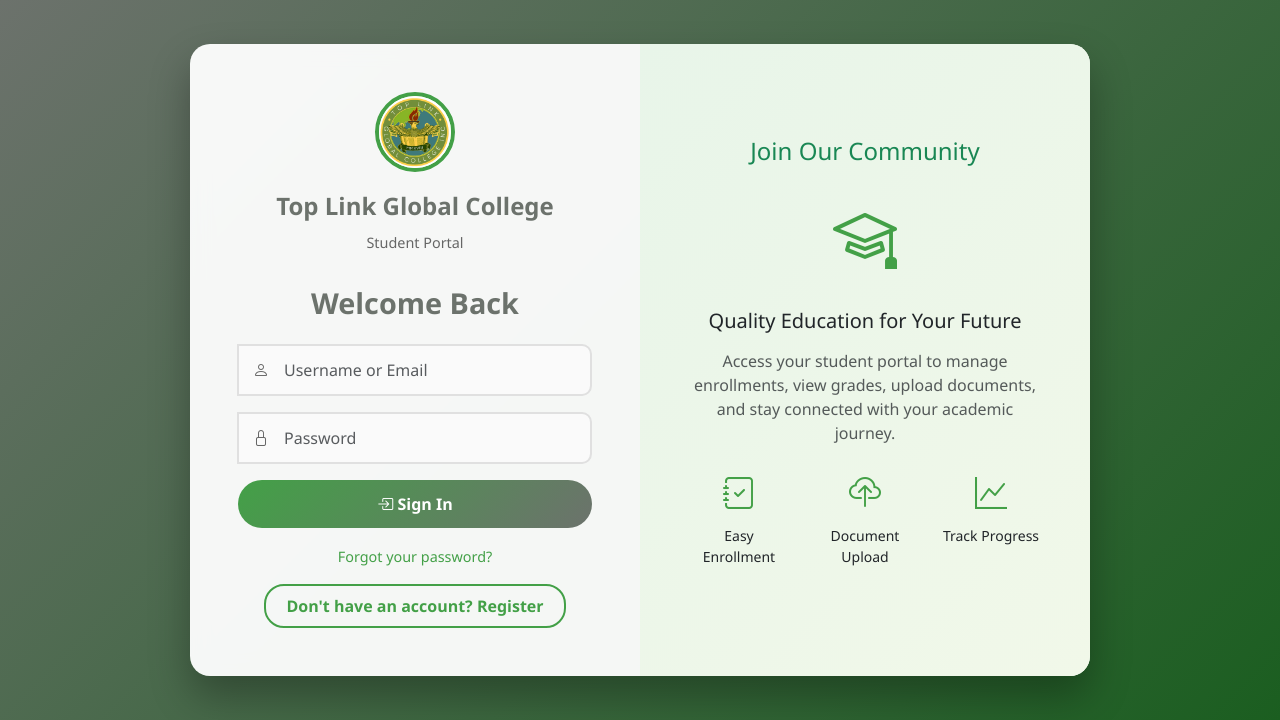
Repository: partymaker01/IT2C_Enrollment_System_SourceCode
Page: http://localhost/IT2C_Enrollment_System_SourceCode/logregfor/login.php
These files come from the project's save history. The page is drawn as it stood at one moment and after the next save; the edit follows.
The browser window is 1280 px wide. The pictures show the whole page.
The page is run by PHP 8.4 with error messages shown; the project is at /var/www/html/.

Above is the page before, as saved 2025-06-08 22:55:37.

### logregfor/login.php
<?php
session_start();

// Redirect if already logged in
if (isset($_SESSION['student_id'])) {
    header("Location: ../student/student-dashboard.php");
    exit;
}

require_once '../db.php';

$message = '';
$messageType = '';

// Handle Registration
if ($_SERVER['REQUEST_METHOD'] === 'POST' && ($_POST['form_action'] ?? '') === 'register') {
    $username = trim($_POST['username'] ?? '');
    $firstName = trim($_POST['first_name'] ?? '');
    $middleName = trim($_POST['middle_name'] ?? '');
    $lastName = trim($_POST['last_name'] ?? '');
    $email = trim($_POST['email'] ?? '');
    $password = $_POST['password'] ?? '';
    $confirmPassword = $_POST['confirm_password'] ?? '';

    $errors = [];

    // Validation
    if (empty($username)) $errors[] = "Username is required.";
    if (empty($firstName)) $errors[] = "First name is required.";
    if (empty($lastName)) $errors[] = "Last name is required.";
    if (empty($email) || !filter_var($email, FILTER_VALIDATE_EMAIL)) $errors[] = "Valid email is required.";
    if (empty($password)) $errors[] = "Password is required.";
    if (strlen($password) < 6) $errors[] = "Password must be at least 6 characters long.";
    if ($password !== $confirmPassword) $errors[] = "Passwords do not match.";

    // Check if username or email already exists
    if (empty($errors)) {
        $stmt = $pdo->prepare("SELECT student_id FROM students WHERE username = ? OR email = ?");
        $stmt->execute([$username, $email]);
        if ($stmt->fetch()) {
            $errors[] = "Username or email already exists.";
        }
    }

    if (empty($errors)) {
        try {
            $hashedPassword = password_hash($password, PASSWORD_DEFAULT);
            $stmt = $pdo->prepare("INSERT INTO students (username, first_name, middle_name, last_name, email, password) VALUES (?, ?, ?, ?, ?, ?)");
            $stmt->execute([$username, $firstName, $middleName, $lastName, $email, $hashedPassword]);

            $message = "Registration successful! You can now log in.";
            $messageType = "success";
        } catch (PDOException $e) {
            $errors[] = "Registration failed. Please try again.";
        }
    }

    if (!empty($errors)) {
        $message = implode('<br>', $errors);
        $messageType = "danger";
    }
}

// Handle Login
if ($_SERVER['REQUEST_METHOD'] === 'POST' && ($_POST['form_action'] ?? '') === 'login') {
    $username = trim($_POST['username'] ?? '');
    $password = $_POST['password'] ?? '';

    if (empty($username) || empty($password)) {
        $message = "Please enter both username and password.";
        $messageType = "warning";
    } else {
        try {
            $stmt = $pdo->prepare("SELECT student_id, password, first_name FROM students WHERE username = ? OR email = ?");
            $stmt->execute([$username, $username]);
            $user = $stmt->fetch();

            if ($user && password_verify($password, $user['password'])) {
                $_SESSION['student_id'] = $user['student_id'];
                $_SESSION['student_name'] = $user['first_name'];
                $_SESSION['login_time'] = time();

                header("Location: ../student/student-dashboard.php");
                exit;
            } else {
                $message = "Invalid username/email or password.";
                $messageType = "danger";
            }
        } catch (PDOException $e) {
            $message = "Login failed. Please try again.";
            $messageType = "danger";
        }
    }
}
?>

<!DOCTYPE html>
<html lang="en">
<head>
    <meta charset="UTF-8">
    <meta name="viewport" content="width=device-width, initial-scale=1">
    <title>Student Portal - Top Link Global College</title>
    <link href="https://cdn.jsdelivr.net/npm/bootstrap@5.3.2/dist/css/bootstrap.min.css" rel="stylesheet">
    <link href="https://cdn.jsdelivr.net/npm/bootstrap-icons@1.11.0/font/bootstrap-icons.css" rel="stylesheet">
    <link rel="icon" href="../picture/tlgc_pic.jpg" type="image/x-icon">
    <style>
        :root {
            --primary-green:rgb(108, 114, 108);
            --light-green: #e8f5e9;
            --accent-green: #43a047;
            --hover-green: #c8e6c9;
            --dark-green: #1b5e20;
        }

        body {
            background: linear-gradient(135deg, var(--primary-green) 0%, var(--dark-green) 100%);
            min-height: 100vh;
            font-family: 'Segoe UI', Tahoma, Geneva, Verdana, sans-serif;
            display: flex;
            align-items: center;
            justify-content: center;
        }

        .login-container {
            background: rgba(255, 255, 255, 0.95);
            backdrop-filter: blur(10px);
            border-radius: 20px;
            box-shadow: 0 20px 40px rgba(0, 0, 0, 0.3);
            overflow: hidden;
            width: 100%;
            max-width: 900px;
            min-height: 600px;
            display: flex;
        }

        .login-form-section {
            flex: 1;
            padding: 3rem;
            display: flex;
            flex-direction: column;
            justify-content: center;
        }

        .register-form-section {
            flex: 1;
            padding: 3rem;
            display: flex;
            flex-direction: column;
            justify-content: center;
            background: linear-gradient(135deg, var(--light-green) 0%, #f1f8e9 100%);
        }

        .school-header {
            text-align: center;
            margin-bottom: 2rem;
        }

        .school-logo {
            width: 80px;
            height: 80px;
            object-fit: cover;
            border-radius: 50%;
            border: 4px solid var(--accent-green);
            margin-bottom: 1rem;
        }

        .school-name {
            color: var(--primary-green);
            font-weight: 700;
            font-size: 1.5rem;
            margin-bottom: 0.5rem;
        }

        .school-subtitle {
            color: #666;
            font-size: 0.9rem;
        }

        .form-title {
            color: var(--primary-green);
            font-weight: 700;
            font-size: 1.8rem;
            margin-bottom: 1.5rem;
            text-align: center;
        }

        .form-control {
            border: 2px solid #e0e0e0;
            border-radius: 10px;
            padding: 12px 15px;
            transition: all 0.3s ease;
            background-color: #fafafa;
        }

        .form-control:focus {
            border-color: var(--accent-green);
            box-shadow: 0 0 0 0.25rem rgba(67, 160, 71, 0.25);
            background-color: #fff;
        }

        .btn-login {
            background: linear-gradient(135deg, var(--accent-green) 0%, var(--primary-green) 100%);
            border: none;
            color: white;
            font-weight: 600;
            padding: 12px 30px;
            border-radius: 25px;
            transition: all 0.3s ease;
            width: 100%;
        }

        .btn-login:hover {
            transform: translateY(-2px);
            box-shadow: 0 8px 20px rgba(67, 160, 71, 0.4);
            color: white;
        }

        .btn-toggle {
            background: transparent;
            border: 2px solid var(--accent-green);
            color: var(--accent-green);
            font-weight: 600;
            padding: 8px 20px;
            border-radius: 20px;
            transition: all 0.3s ease;
            margin-top: 1rem;
        }

        .btn-toggle:hover {
            background: var(--accent-green);
            color: white;
        }

        .form-section {
            display: none;
        }

        .form-section.active {
            display: block;
        }

        .input-group {
            position: relative;
            margin-bottom: 1rem;
        }

        .input-group i {
            position: absolute;
            left: 15px;
            top: 50%;
            transform: translateY(-50%);
            color: #666;
            z-index: 10;
        }

        .input-group .form-control {
            padding-left: 45px;
        }

        .forgot-password {
            text-align: center;
            margin-top: 1rem;
        }

        .forgot-password a {
            color: var(--accent-green);
            text-decoration: none;
            font-size: 0.9rem;
        }

        .forgot-password a:hover {
            text-decoration: underline;
        }

        @media (max-width: 768px) {
            .login-container {
                flex-direction: column;
                margin: 1rem;
                min-height: auto;
            }

            .login-form-section,
            .register-form-section {
                padding: 2rem;
            }
        }
    </style>
</head>
<body>
    <div class="login-container">
        <!-- Login Section -->
        <div class="login-form-section">
            <div class="school-header">
                <img src="../picture/tlgc_pic.jpg" alt="School Logo" class="school-logo">
                <div class="school-name">Top Link Global College</div>
                <div class="school-subtitle">Student Portal</div>
            </div>

            <?php if ($message): ?>
                <div class="alert alert-<?= $messageType ?> alert-dismissible fade show" role="alert">
                    <?= $message ?>
                    <button type="button" class="btn-close" data-bs-dismiss="alert"></button>
                </div>
            <?php endif; ?>

            <!-- Login Form -->
            <div class="form-section active" id="loginForm">
                <h3 class="form-title">Welcome Back</h3>
                <form method="POST" action="">
                    <input type="hidden" name="form_action" value="login">

                    <div class="input-group">
                        <i class="bi bi-person"></i>
                        <input type="text" class="form-control" name="username" placeholder="Username or Email" required>
                    </div>

                    <div class="input-group">
                        <i class="bi bi-lock"></i>
                        <input type="password" class="form-control" name="password" placeholder="Password" required>
                    </div>

                    <button type="submit" class="btn-login">
                        <i class="bi bi-box-arrow-in-right"></i> Sign In
                    </button>
                </form>

                <div class="forgot-password">
                    <a href="forgot-password.php">Forgot your password?</a>
                </div>

                <div class="text-center">
                    <button type="button" class="btn-toggle" onclick="toggleForm()">
                        Don't have an account? Register
                    </button>
                </div>
            </div>

            <!-- Register Form -->
            <div class="form-section" id="registerForm">
                <h3 class="form-title">Create Account</h3>
                <form method="POST" action="">
                    <input type="hidden" name="form_action" value="register">

                    <div class="row">
                        <div class="col-md-6">
                            <div class="input-group">
                                <i class="bi bi-person"></i>
                                <input type="text" class="form-control" name="username" placeholder="Username" required>
                            </div>
                        </div>
                        <div class="col-md-6">
                            <div class="input-group">
                                <i class="bi bi-envelope"></i>
                                <input type="email" class="form-control" name="email" placeholder="Email" required>
                            </div>
                        </div>
                    </div>

                    <div class="row">
                        <div class="col-md-4">
                            <div class="input-group">
                                <i class="bi bi-person-badge"></i>
                                <input type="text" class="form-control" name="first_name" placeholder="First Name" required>
                            </div>
                        </div>
                        <div class="col-md-4">
                            <div class="input-group">
                                <i class="bi bi-person-badge"></i>
                                <input type="text" class="form-control" name="middle_name" placeholder="Middle Name">
                            </div>
                        </div>
                        <div class="col-md-4">
                            <div class="input-group">
                                <i class="bi bi-person-badge"></i>
                                <input type="text" class="form-control" name="last_name" placeholder="Last Name" required>
                            </div>
                        </div>
                    </div>

                    <div class="row">
                        <div class="col-md-6">
                            <div class="input-group">
                                <i class="bi bi-lock"></i>
                                <input type="password" class="form-control" name="password" placeholder="Password" required>
                            </div>
                        </div>
                        <div class="col-md-6">
                            <div class="input-group">
                                <i class="bi bi-lock-fill"></i>
                                <input type="password" class="form-control" name="confirm_password" placeholder="Confirm Password" required>
                            </div>
                        </div>
                    </div>

                    <button type="submit" class="btn-login">
                        <i class="bi bi-person-plus"></i> Create Account
                    </button>
                </form>

                <div class="text-center">
                    <button type="button" class="btn-toggle" onclick="toggleForm()">
                        Already have an account? Sign In
                    </button>
                </div>
            </div>
        </div>

        <!-- Info Section -->
        <div class="register-form-section">
            <div class="text-center">
                <h4 class="text-success mb-4">Join Our Community</h4>
                <div class="mb-4">
                    <i class="bi bi-mortarboard" style="font-size: 4rem; color: var(--accent-green);"></i>
                </div>
                <h5 class="mb-3">Quality Education for Your Future</h5>
                <p class="text-muted mb-4">
                    Access your student portal to manage enrollments, view grades,
                    upload documents, and stay connected with your academic journey.
                </p>
                <div class="row text-center">
                    <div class="col-4">
                        <i class="bi bi-journal-check" style="font-size: 2rem; color: var(--accent-green);"></i>
                        <p class="small mt-2">Easy Enrollment</p>
                    </div>
                    <div class="col-4">
                        <i class="bi bi-cloud-upload" style="font-size: 2rem; color: var(--accent-green);"></i>
                        <p class="small mt-2">Document Upload</p>
                    </div>
                    <div class="col-4">
                        <i class="bi bi-graph-up" style="font-size: 2rem; color: var(--accent-green);"></i>
                        <p class="small mt-2">Track Progress</p>
                    </div>
                </div>
            </div>
        </div>
    </div>

    <script src="https://cdn.jsdelivr.net/npm/bootstrap@5.3.2/dist/js/bootstrap.bundle.min.js"></script>
    <script>
        function toggleForm() {
            const loginForm = document.getElementById('loginForm');
            const registerForm = document.getElementById('registerForm');

            if (loginForm.classList.contains('active')) {
                loginForm.classList.remove('active');
                registerForm.classList.add('active');
            } else {
                registerForm.classList.remove('active');
                loginForm.classList.add('active');
            }
        }

        // Form validation
        document.querySelectorAll('form').forEach(form => {
            form.addEventListener('submit', function(e) {
                const passwords = this.querySelectorAll('input[type="password"]');
                if (passwords.length === 2) {
                    if (passwords[0].value !== passwords[1].value) {
                        e.preventDefault();
                        alert('Passwords do not match!');
                        return false;
                    }
                    if (passwords[0].value.length < 6) {
                        e.preventDefault();
                        alert('Password must be at least 6 characters long!');
                        return false;
                    }
                }
            });
        });
    </script>
</body>
</html>

### db.php
<?php
$servername = "localhost";
$username = "root";
$password = "";
$database = "enrollment_system";

// Create connection
$conn = new mysqli($servername, $username, $password, $database);

// Check connection
if ($conn->connect_error) {
    die("Connection failed: " . $conn->connect_error);
}
?>

After the next save:
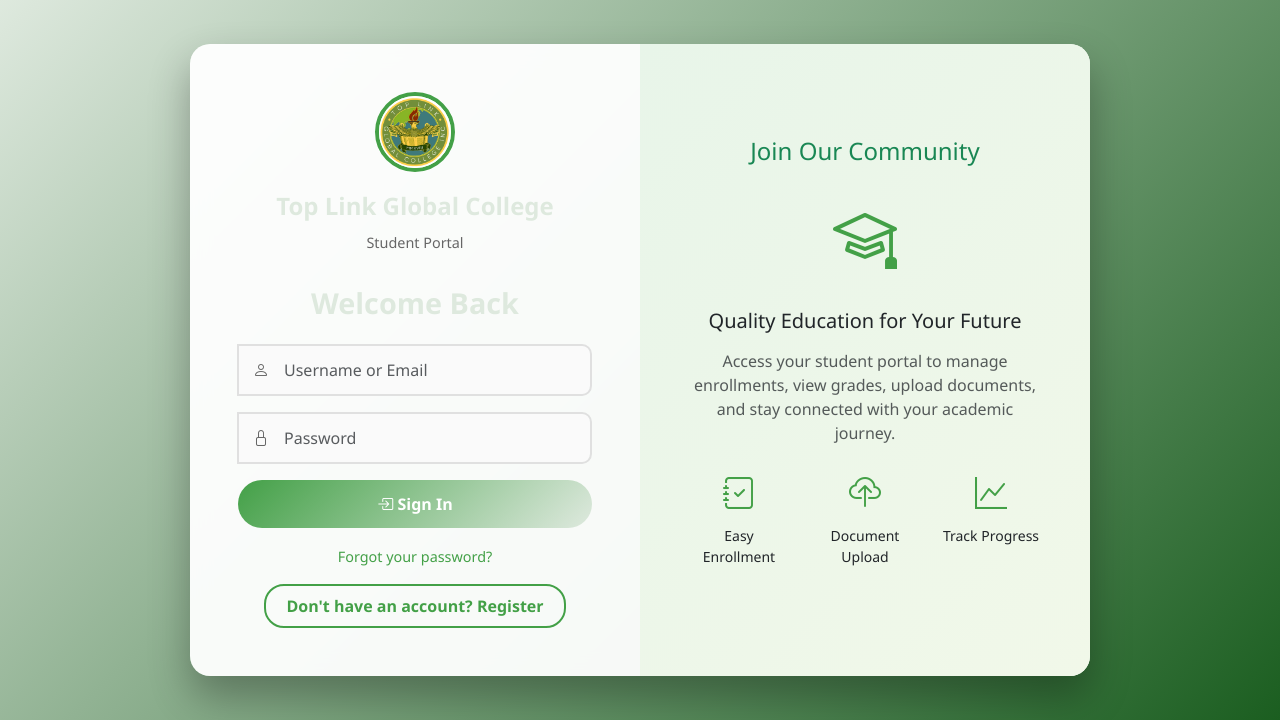
Saved 11 s later.
--- a/logregfor/login.php
+++ b/logregfor/login.php
@@ -105,7 +105,7 @@
     <link rel="icon" href="../picture/tlgc_pic.jpg" type="image/x-icon">
     <style>
         :root {
-            --primary-green:rgb(108, 114, 108);
+            --primary-green:rgb(222, 233, 222);
             --light-green: #e8f5e9;
             --accent-green: #43a047;
             --hover-green: #c8e6c9;
